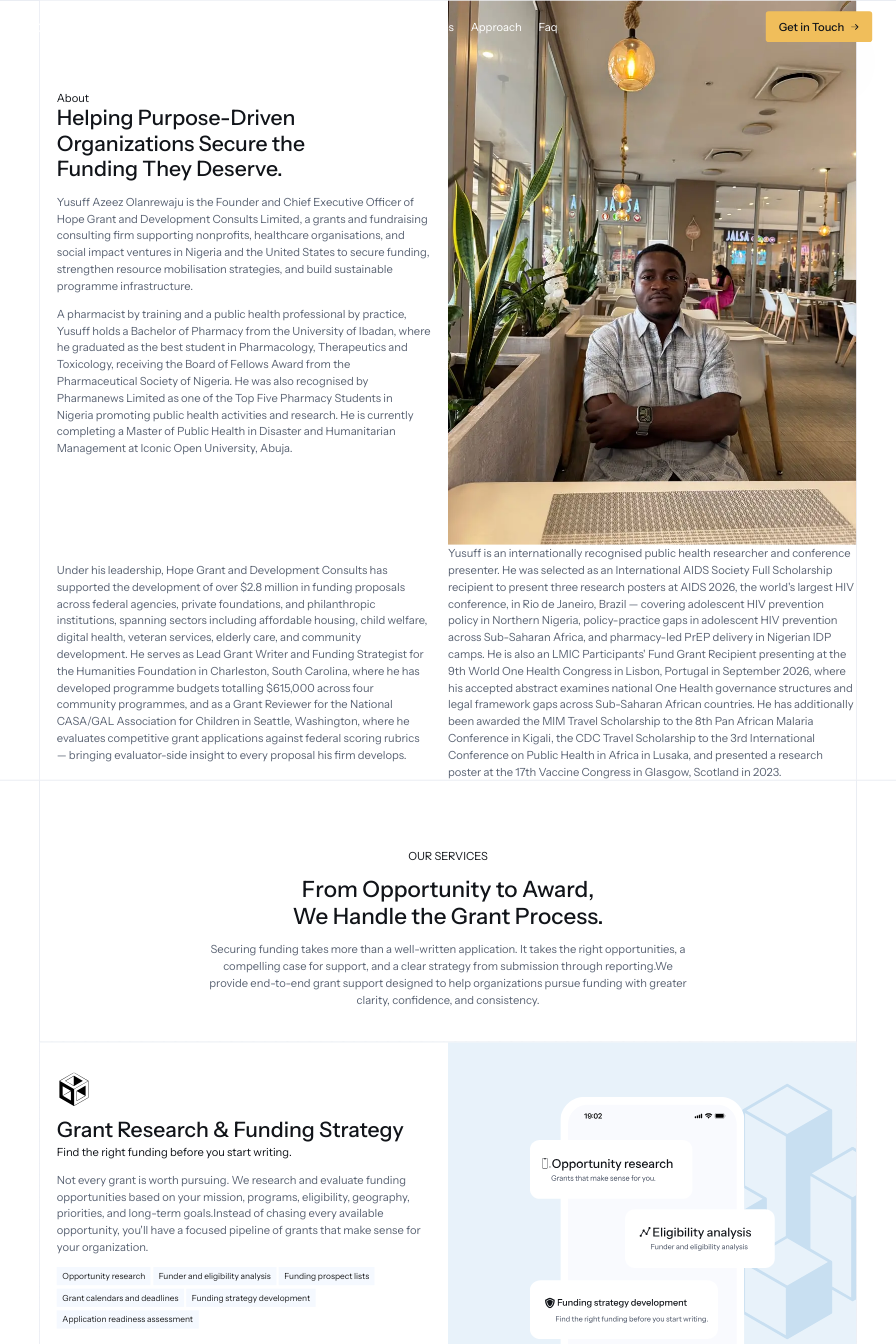
Repository: Ajeyinka/Upgrowth
Page: about.html
An editor plug-in stored every save of this project. The page is shown before and after the next save, followed by the edit.
The browser window is 1280 px wide. The pictures show the part of the page from y = 0 to 1920 px (the page is 5203 px tall), at 70% of full size.

Above is the page before, as saved 2026-09-24 18:40:52.

After the next save:
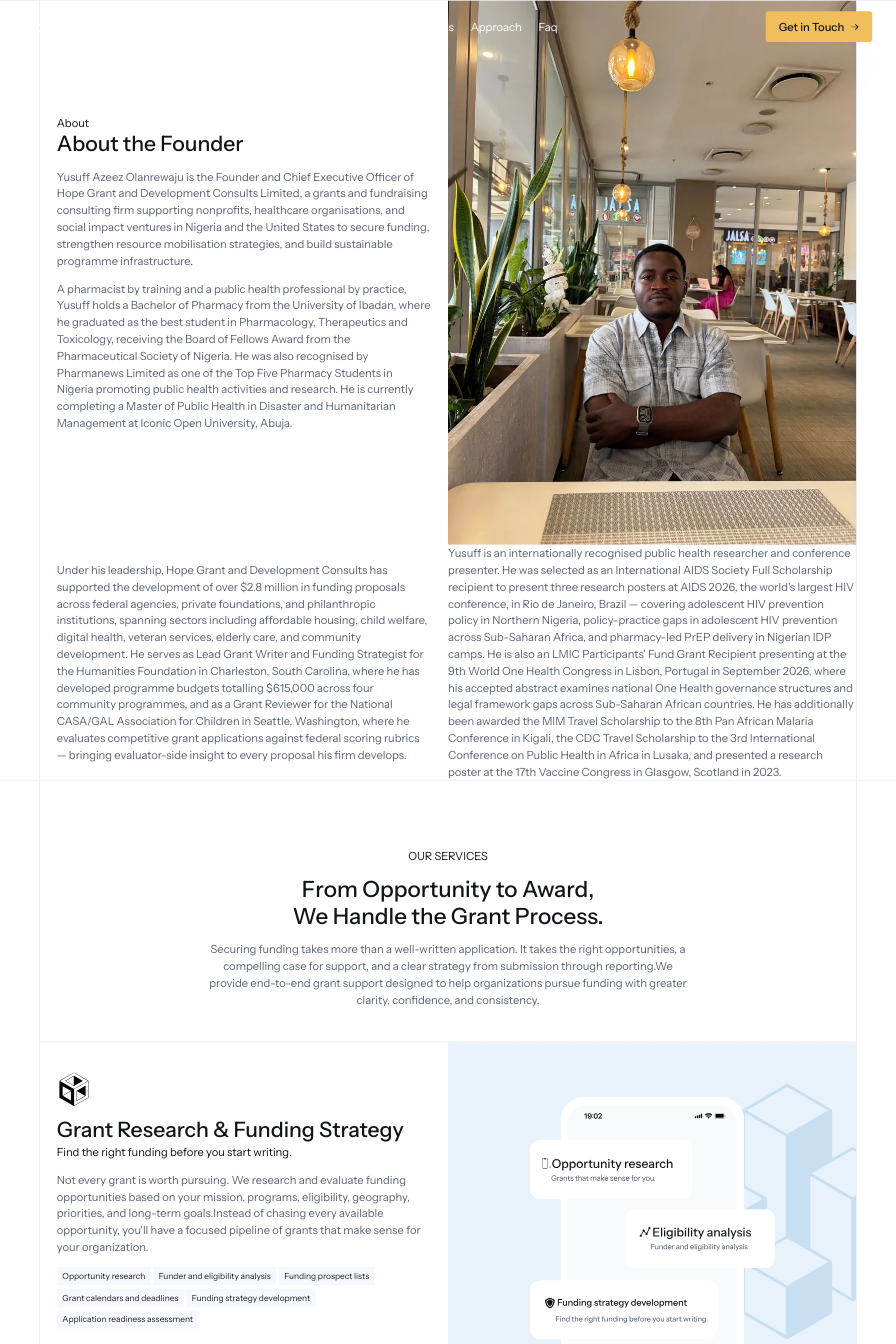
Saved 47 s later.
--- a/about.html
+++ b/about.html
@@ -60,8 +60,7 @@
                 <div class="eye-brow">About</div>
 
                 <h2>
-                  Helping Purpose-Driven Organizations Secure the Funding They
-                  Deserve.
+                  About the Founder
                 </h2>
               </div>
 
